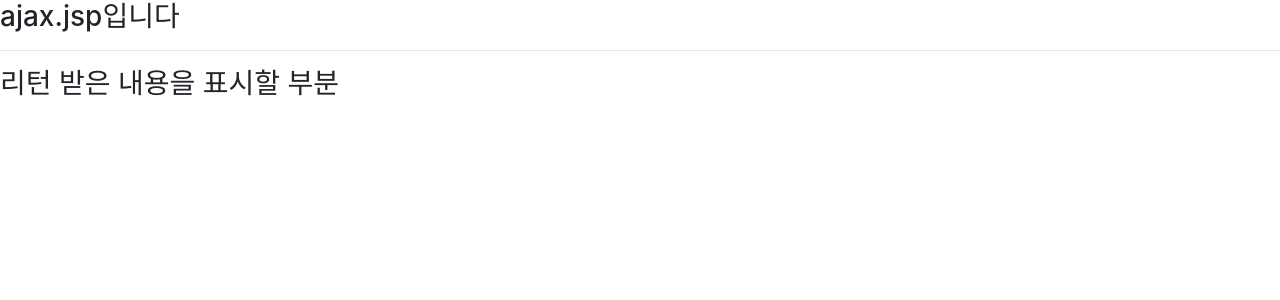
Repository: snowskyblue/SpringEx
Page: http://localhost/1209ajaxEx1/ajax
An editor plug-in stored every save of this project. The page is shown before and after the next save, followed by the edit.
The browser window is 1280 px wide. The pictures show the whole page.
The page is served by Tomcat 9.

Above is the page before, as saved 2019-12-09 01:08:22.

After the next save:
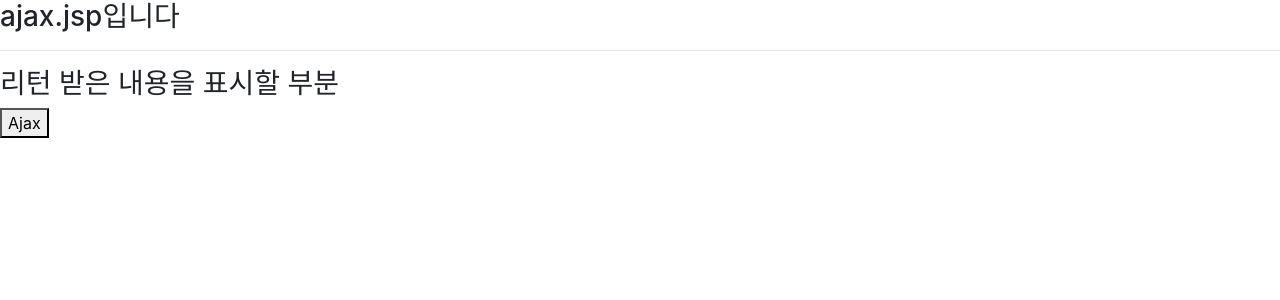
Saved 53 s later.
--- a/1209ajaxEx1/src/main/webapp/WEB-INF/views/ajax.jsp
+++ b/1209ajaxEx1/src/main/webapp/WEB-INF/views/ajax.jsp
@@ -25,7 +25,7 @@
 <hr/>
 <h3>리턴 받은 내용을 표시할 부분</h3>
 <div id="content"></div>
-
+<button type="buttn" id="btn">Ajax</button>
 
 <!--jquery -->
 <script src="https://ajax.googleapis.com/ajax/libs/jquery/3.4.1/jquery.min.js"></script>
@@ -33,5 +33,11 @@
 <script src="https://cdnjs.cloudflare.com/ajax/libs/popper.js/1.14.7/umd/popper.min.js"></script>
 <!--javascript -->
 <script src="https://maxcdn.bootstrapcdn.com/bootstrap/4.3.1/js/bootstrap.min.js"></script>
+
+<script>
+$(document).ready(function(){
+
+});
+</script>
 </body>
 </html>
